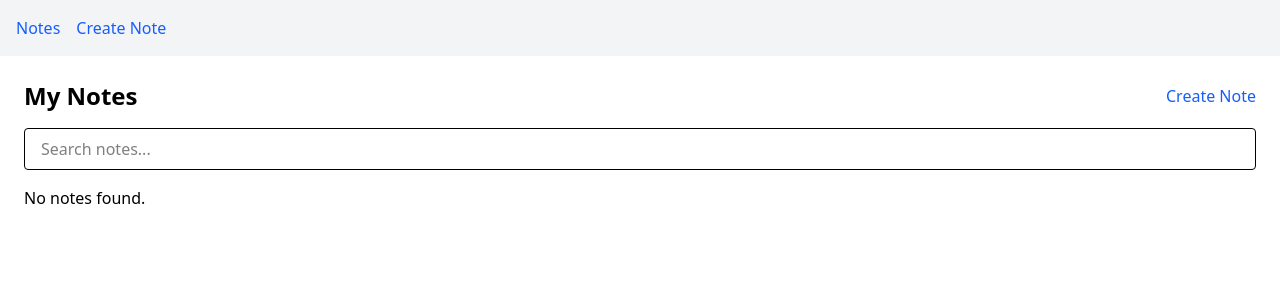
Repository: pin-seavmuy/NoteApplication
Page: / (app in note-vue/)
An editor plug-in stored every save of this project. The page is shown before and after the next save, followed by the edit.
The browser window is 1280 px wide. The pictures show the whole page.
The page's requests for data from a server got no answer. The project was rebuilt for these pictures with package versions that can differ from the ones it lists, and the page was loaded fresh each time. No one was signed in, and anything a server would have sent is missing. Also part of the build but not shown: note-vue/vite.config.ts, note-vue/src/components/NoteWrapper.vue, note-vue/src/views/CreateNote.vue, note-vue/src/views/NoteDetail.vue, note-vue/src/views/UpdateNote.vue.

Above is the page before, as saved 2025-09-16 10:43:40.

After the next save:
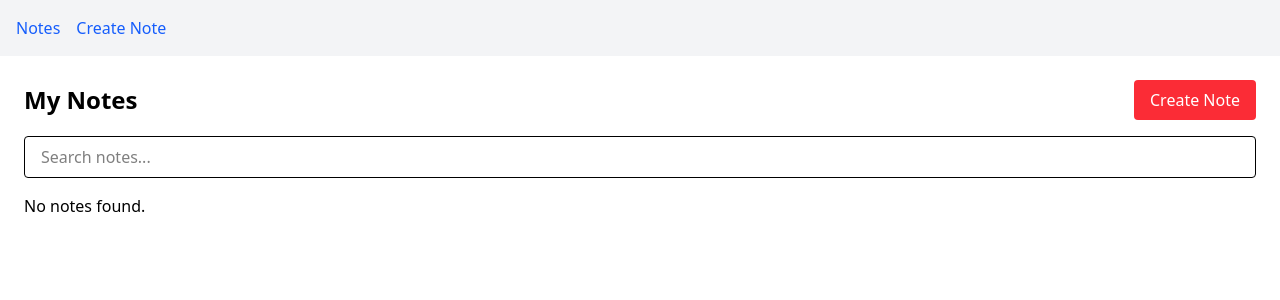
Saved 60 s later.
--- a/note-vue/src/views/NotesList.vue
+++ b/note-vue/src/views/NotesList.vue
@@ -1,14 +1,15 @@
 <template>
   <div class="p-6">
     <div class="flex items-center justify-between mb-4">
-      <h1 class="text-2xl font-bold">My Notes</h1>
-      <router-link
-        to="/create"
-        class="text-blue-600 hover:underline text-base"
-      >
-        Create Note
-      </router-link>
-    </div>
+  <h1 class="text-2xl font-bold">My Notes</h1>
+  <router-link
+    to="/create"
+    class="bg-red-500 hover:bg-red-600 text-white text-base px-4 py-2 rounded"
+  >
+    Create Note
+  </router-link>
+</div>
+
 
 
     <input
